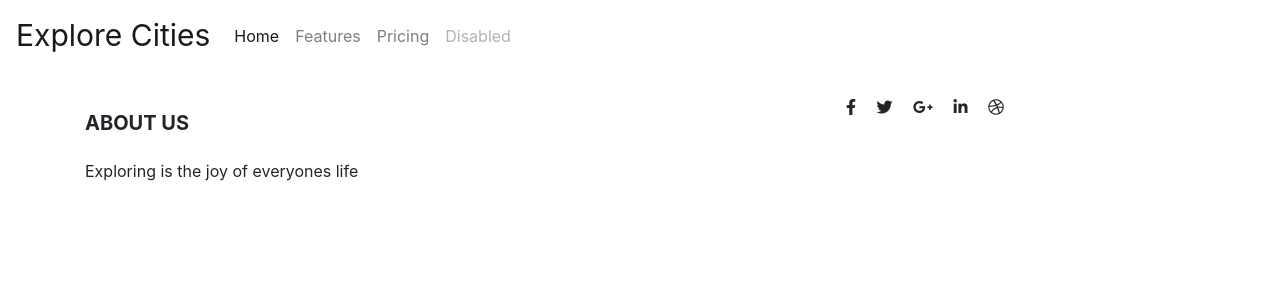
Repository: vaida898/holiday-website
Page: index.html
The author's editor kept a record of every edit. The page is drawn from the files as they stood at one moment, then again after the next edit.
The browser window is 1280 px wide. The pictures show the whole page.
Some web libraries are served in a nearby version.

Above is the page before.

### index.html
<!DOCTYPE html>
<html lang="en">

<head>
    <meta charset="UTF-8">
    <meta name="viewport" content="width=device-width, initial-scale=1.0">
    <meta http-equiv="X-UA-Compatible" content="ie=edge">
    <script type="text/javascript" src="js/jquery-3.4.1.js"></script>
    <script type="text/javascript" src="js/my_script.js"></script>

    <title>Explore city website</title>
    <link rel="stylesheet" href="https://stackpath.bootstrapcdn.com/bootstrap/4.3.1/css/bootstrap.min.css" integrity="sha384-ggOyR0iXCbMQv3Xipma34MD+dH/1fQ784/j6cY/iJTQUOhcWr7x9JvoRxT2MZw1T" crossorigin="anonymous">
    <script src="https://stackpath.bootstrapcdn.com/bootstrap/4.3.1/js/bootstrap.min.js" integrity="sha384-JjSmVgyd0p3pXB1rRibZUAYoIIy6OrQ6VrjIEaFf/nJGzIxFDsf4x0xIM+B07jRM" crossorigin="anonymous"></script>
    <link rel="stylesheet" href="css/style.css" type="text/css" />
    <link rel="stylesheet" href="https://cdnjs.cloudflare.com/ajax/libs/font-awesome/5.11.2/css/all.css" type="text/css" />


</head>

<body>

    <!-- Navigation bar -->

    <header>
        <nav class="navbar navbar-expand-lg navbar-light">
            <a class="navbar-brand" href="#">Explore Cities</a>
            <button class="navbar-toggler" type="button" data-toggle="collapse" data-target="#navbarNav" aria-controls="navbarNav" aria-expanded="false" aria-label="Toggle navigation">
    <span class="navbar-toggler-icon"></span>
  </button>
            <div class="collapse navbar-collapse" id="navbarNav">
                <ul class="navbar-nav">
                    <li class="nav-item active">
                        <a class="nav-link" href="#">Home <span class="sr-only">(current)</span></a>
                    </li>
                    <li class="nav-item">
                        <a class="nav-link" href="#">Features</a>
                    </li>
                    <li class="nav-item">
                        <a class="nav-link" href="#">Pricing</a>
                    </li>
                    <li class="nav-item">
                        <a class="nav-link disabled" href="#">Disabled</a>
                    </li>
                </ul>
            </div>
        </nav>
    </header>








    <!-- Footer -->

    <footer class="footer font-small special-color-dark pt-4">
        <div class="container">
            <div class="row">
                <div class="col-md-6">
                    <h5 class="font-weight-bold text-uppercase mt-3 mb-4">About Us</h5>
                    <p>Exploring is the joy of everyones life</p>
                </div>


                <div class="col-md-6">
                    <ul class="list-unstyled list-inline text-center">
                        <li class="list-inline-item">
                            <a class="btn-floating btn-fb mx-1">
                                <i class="fab fa-facebook-f"> </i>
                            </a>
                        </li>
                        <li class="list-inline-item">
                            <a class="btn-floating btn-tw mx-1">
          <i class="fab fa-twitter"> </i>
                    </a>
                        </li>
                        <li class="list-inline-item">
                            <a class="btn-floating btn-gplus mx-1">
          <i class="fab fa-google-plus-g"> </i>
                    </a>
                        </li>
                        <li class="list-inline-item">
                            <a class="btn-floating btn-li mx-1">
          <i class="fab fa-linkedin-in"> </i>
                    </a>
                        </li>
                        <li class="list-inline-item">
                            <a class="btn-floating btn-dribbble mx-1">
          <i class="fab fa-dribbble"> </i>
                    </a>
                        </li>
                    </ul>
                </div>
            </div>
        </div>
        </div>
    </footer>


    <script src="https://code.jquery.com/jquery-3.3.1.slim.min.js" integrity="sha384-q8i/X+965DzO0rT7abK41JStQIAqVgRVzpbzo5smXKp4YfRvH+8abtTE1Pi6jizo" crossorigin="anonymous"></script>
    <script src="https://cdnjs.cloudflare.com/ajax/libs/popper.js/1.14.7/umd/popper.min.js" integrity="sha384-UO2eT0CpHqdSJQ6hJty5KVphtPhzWj9WO1clHTMGa3JDZwrnQq4sF86dIHNDz0W1" crossorigin="anonymous"></script>
    <script src="https://stackpath.bootstrapcdn.com/bootstrap/4.3.1/js/bootstrap.min.js" integrity="sha384-JjSmVgyd0p3pXB1rRibZUAYoIIy6OrQ6VrjIEaFf/nJGzIxFDsf4x0xIM+B07jRM" crossorigin="anonymous"></script>
</body>

</html>

### js/my_script.js
$(document).ready(function() {




});

### css/style.css
.nav {
    background-color: #A3F2A8;
}

.navbar-brand {
    font-size: 30px;
}

Loaded but not shown: js/jquery-3.4.1.js (library)

After the next edit:
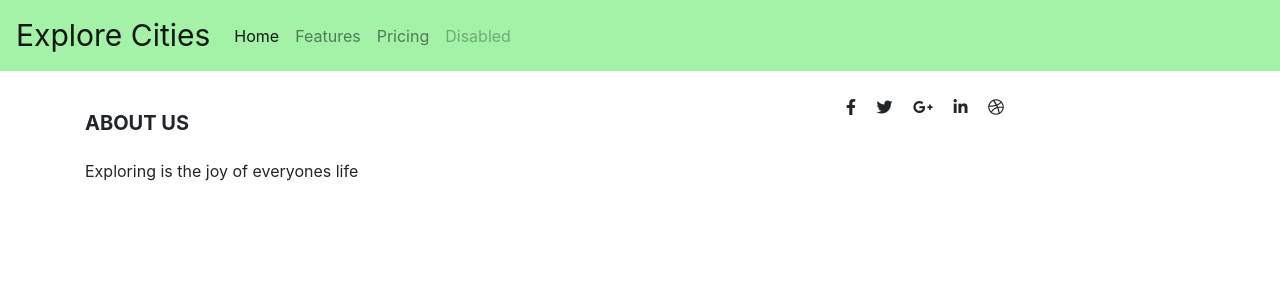
The edit:
--- a/css/style.css
+++ b/css/style.css
@@ -1,4 +1,4 @@
-.nav {
+.navbar {
     background-color: #A3F2A8;
 }
 
